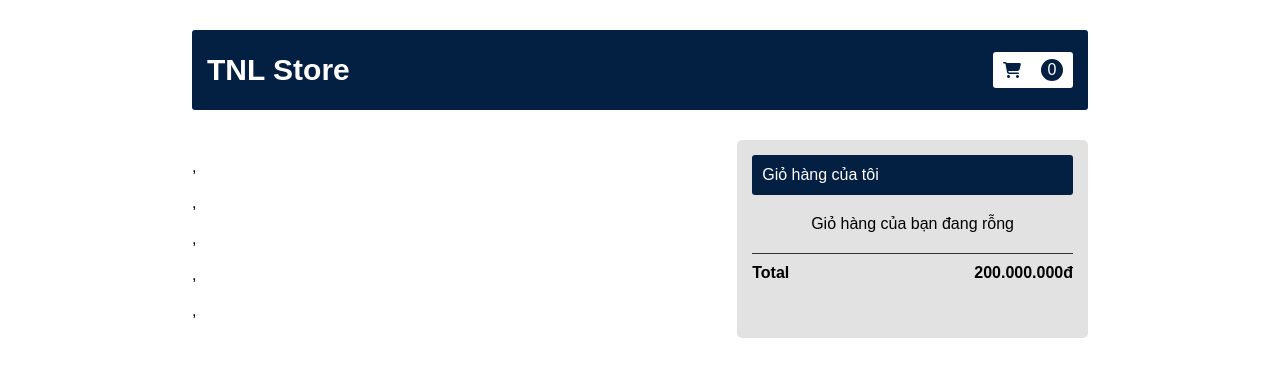
Repository: HPNChanel/DACS
Page: shopcart/shopcart.html
These files come from the project's save history. The page is drawn as it stood at one moment and after the next save; the edit follows.
The browser window is 1280 px wide. The pictures show the whole page.
Some web libraries are served in a nearby version.

Above is the page before, as saved 2023-04-14 14:43:29.

### shopcart/shopcart.html
<!DOCTYPE html>
<html lang="en">
<head>
    <meta charset="UTF-8">
    <meta http-equiv="X-UA-Compatible" content="IE=edge">
    <meta name="viewport" content="width=device-width, initial-scale=1.0">
    <title>Document</title>
    <link rel="stylesheet" href="./shopcart.css">
    <script src="http://kit.fontawesome.com/92d70a2fd8.js"></script>
</head>
<body>
    <div class="header">
        <p class="logo">TNL Store</p>
        <div class="cart"><i class="fa-solid fa-cart-shopping"></i>
            <p id="count">0</p>
        </div>
    </div>
    <div class="container">
        <div id="root">

        </div>
        <div class="sidebar">
            <div class="head">Giỏ hàng của tôi
            </div>
            <div id="cart-item">Giỏ hàng của bạn đang rỗng</div>
            <div class="foot">
                <h3>Total</h3>
                <h2 id="total">200.000.000đ</h2>
            </div>
        </div>
    </div>
    <script src="./shopcart.js"></script>

</body>
</html>

### shopcart/shopcart.css
*{
    margin: 0;
    padding: 0;
    box-sizing: border-box;
    font-family: 'poppins', sans-serif;
    font-size: 16px;
}

body{
    display: flex;
    align-items: center;
    justify-content: center;
    flex-direction: column;
}
.header{
    height: 80px;
    width: 70%;
    background-color: rgb(3, 31, 66);
    border-radius: 3px;
    margin: 30px 0px;
    display: flex;
    align-items: center;
    justify-content: space-between;
    padding: 15px;
}
.header .logo{
    font-size: 30px;
    font-weight: bold;
    color: white;
}
.cart{
    display: flex;
    background-color: rgb(255, 255, 255);
    justify-content: space-between;
    align-items: center;
    padding: 7px 10px;
    border-radius: 3px;
    width: 80px;
}
.fa-solid{
    color:rgb(3, 31, 66);

}
.cart p{
    height: 22px;
    width: 22px;
    display: flex;
    align-items: center;
    justify-content: center;
    border-radius: 22px;
    background-color: rgb(3, 31, 66);
    color: white;
}
.container{
    display: flex;
    width: 70%;
    margin-bottom: 30px;
}
#root{
    width: 60%;
    display: grid;
    grid-template-columns: repeat(2, 1fr);
    grid-gap: 20px;
}
.sidebar{
    width: 40%;
    border-radius: 5px;
    background-color: #e2e2e2;
    margin-left: 20px;
    padding: 15px;
    text-align: center;
}
.head{
    background-color: rgb(3, 31, 66);
    border-radius: 3px;
    height: 40px;
    padding: 10px;
    margin-bottom: 20px;
    color: white;
    display: flex;
    align-items: center;
}
.foot{
    display: flex;
    justify-content: space-between;
    margin: 20px 0px;
    padding: 10px 0px;
    border-top: 1px solid #333;
}

### shopcart/shopcart.js
//Khởi tạo các đối tượng mặt hàng, ở đây em lấy tầm 6 cái nha anh em
const product = [
    {
        id: 0,
        image: './RAM1.jpg',
        title: 'Kingston Fury Beast',
        price: 6190000
    },
    {
        id: 1,
        image: './cat_ laptop_v2.png',
        title: 'ASUS ROG Strix G17',
        price: 54490000
    },
    {
        id: 2,
        image: './Z790M AORUS ELITE AX-01-228x228.png',
        title: 'Mainboard Z790M AORUS ELITE',
        price: 12000000
    },
    {
        id: 3,
        image: './VGA1.png',
        title: 'RTX 4090ti',
        price: 55690000
    },
    {
        id: 4,
        image: './VGA6.jpg',
        title: 'AMD Radeon RX6700XT',
        price: 14590000
    },
    {
        id: 2,
        image: './13900K-KF-1-228x228.jpg',
        title: 'Intel Core i9 13900KF',
        price: 12190000
    },
];
const categories = [...new Set(product.map((item)=>
    {return item}))]
    let i = 0;
document.getElementById('root').innerHTML = categories.map((item) => {
    var{image, title, price} = item;
    return(
        `<div class='box'>
            <div class='img-box'>
                <img class='images' src
            </div>
        </div>`
    )
})

After the next save:
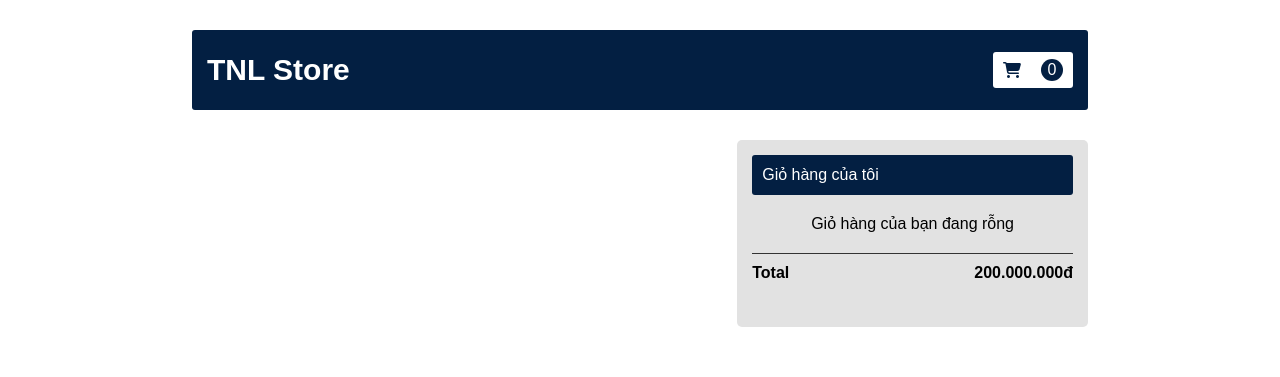
Console error: SyntaxError: Unexpected token '}'
Saved 4 s later.
--- a/shopcart/shopcart.js
+++ b/shopcart/shopcart.js
@@ -45,7 +45,7 @@
     return(
         `<div class='box'>
             <div class='img-box'>
-                <img class='images' src
+                <img class='images' src=${}
             </div>
         </div>`
     )
